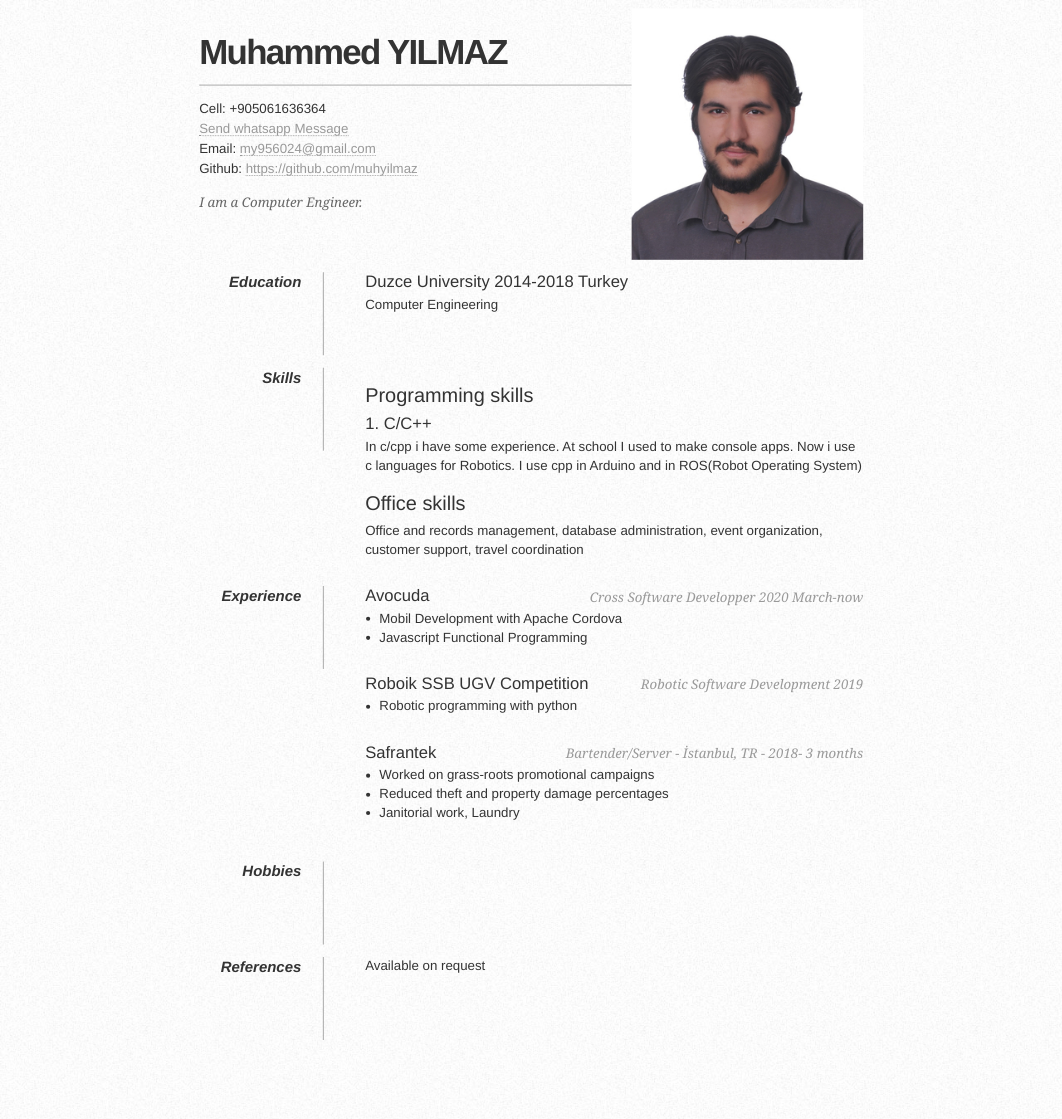
Repository: muhyilmaz/muhyilmaz.github.io
Page: index.html
These files come from the project's save history. The page is drawn as it stood at one moment and after the next save; the edit follows.
The browser window is 1280 px wide. The pictures show the whole page, at 83% of full size.

Above is the page before, as saved 2020-06-08 18:30:26.

### index.html
<!DOCTYPE html PUBLIC "-//W3C//DTD XHTML 1.0 Strict//EN"
"http://www.w3.org/TR/xhtml1/DTD/xhtml1-strict.dtd">

<html xmlns="http://www.w3.org/1999/xhtml" xml:lang="en" lang="en">

<head>

     <meta http-equiv="Content-Type" content="text/html; charset=utf-8"/>
     <meta name="viewport" content="width=device-width, initial-scale=1">
     <link rel="stylesheet" href="https://maxcdn.bootstrapcdn.com/bootstrap/3.4.1/css/bootstrap.min.css">
     <script src="https://ajax.googleapis.com/ajax/libs/jquery/3.5.1/jquery.min.js"></script>
     <script src="https://maxcdn.bootstrapcdn.com/bootstrap/3.4.1/js/bootstrap.min.js"></script>

     <title>MUHAMMED YILMAZ</title>

     <style type="text/css">
        * { margin: 0; padding: 0; }
        body { font: 16px Helvetica, Sans-Serif; line-height: 24px; background: url(images/noise.jpg); }
        .clear { clear: both; }
        #page-wrap { width: 800px; margin: 40px auto 60px; }
        #pic { float: right; margin: -30px 0 0 0; }
        h1 { margin: 0 0 16px 0; padding: 0 0 16px 0; font-size: 42px; font-weight: bold; letter-spacing: -2px; border-bottom: 1px solid #999; }
        h2 { font-size: 20px; margin: 0 0 6px 0; position: relative; }
        h2 span { position: absolute; bottom: 0; right: 0; font-style: italic; font-family: Georgia, Serif; font-size: 16px; color: #999; font-weight: normal; }
        p { margin: 0 0 16px 0; }
        a { color: #999; text-decoration: none; border-bottom: 1px dotted #999; }
        a:hover { border-bottom-style: solid; color: black; }
        ul { margin: 0 0 32px 17px; }
        #objective { width: 500px; float: left; }
        #objective p { font-family: Georgia, Serif; font-style: italic; color: #666; }
        dt { font-style: italic; font-weight: bold; font-size: 18px; text-align: right; padding: 0 26px 0 0; width: 150px; float: left; height: 100px; border-right: 1px solid #999;  }
        dd { width: 600px; float: right; }
        dd.clear { float: none; margin: 0; height: 15px; }
     </style>
</head>

<body>

    <div id="page-wrap">

        <img src="images/profileres.jpg" alt="Photo of Cthulu" id="pic" />

        <div id="contact-info" class="vcard">

            <!-- Microformats! -->

            <h1 class="fn">Muhammed YILMAZ</h1>

            <p>
                Cell: <span class="tel">+905061636364</span><br />
                <a href="https://api.whatsapp.com/send?phone=905061636364">Send whatsapp Message</a><br />
                Email: <a class="email" href="mailto:my956024@gmail.com">my956024@gmail.com</a><br />
                Github: <a href="https://github.com/muhyilmaz">https://github.com/muhyilmaz</a>
            </p>
        </div>

        <div id="objective">
            <p>
                I am a Computer Engineer.
            </p>
        </div>

        <div class="clear"></div>

        <dl>
            <dd class="clear"></dd>

            <dt>Education</dt>
            <dd>
                <h2>Duzce University 2014-2018 Turkey</h2>
                <p> Computer Engineering </br>

				</p>
            </dd>

            <dd class="clear"></dd>

            <dt>Skills</dt>
            <dd>
                <!---
				<h2>Office skills</h2>
                <p>Office and records management, database administration, event organization, customer support, travel coordination</p>

                <h2>Computer skills</h2>
                <p>Microsoft productivity software (Word, Excel, etc), Adobe Creative Suite, Windows</p>
				-->
				<h3>Programming skills</h3>
				<h2>1. C/C++</h2>
                <p>In c/cpp i have some experience. At school I used to make console apps. Now i use c languages for Robotics. I use cpp in Arduino and in ROS(Robot Operating System)</p>
                <!--
                <div class="progress">
                    <div class="progress-bar progress-bar-info" role="progressbar" aria-valuenow="60" aria-valuemin="0" aria-valuemax="100" style="width:60%">
                      60% Complete
                    </div>
                  </div>
				-->
				<h3>Office skills</h3>
                <p>Office and records management, database administration, event organization, customer support, travel coordination</p>
			</dd>

            <dd class="clear"></dd>

            <dt>Experience</dt>
            <dd>
                <h2>Avocuda <span>Cross Software Developper 2020 March-now</span></h2>
                <ul>
                    <li> Mobil Development with Apache Cordova</li>
					<li> Javascript Functional Programming</li>

                </ul>
                <h2>Roboik SSB UGV Competition <span>Robotic Software Development 2019</span></h2>
                <ul>
                    <li>Robotic programming with python</li>

                </ul>
                <h2>Safrantek <span>Bartender/Server - İstanbul, TR - 2018- 3 months</span></h2>
                <ul>
                    <li>Worked on grass-roots promotional campaigns</li>
                    <li>Reduced theft and property damage percentages</li>
                    <li>Janitorial work, Laundry</li>
                </ul>
            </dd>

            <dd class="clear"></dd>

            <dt>Hobbies</dt>
            <dd></dd>

            <dd class="clear"></dd>

            <dt>References</dt>
            <dd>Available on request</dd>

            <dd class="clear"></dd>
        </dl>

        <div class="clear"></div>

    </div>

</body>

</html>

After the next save:
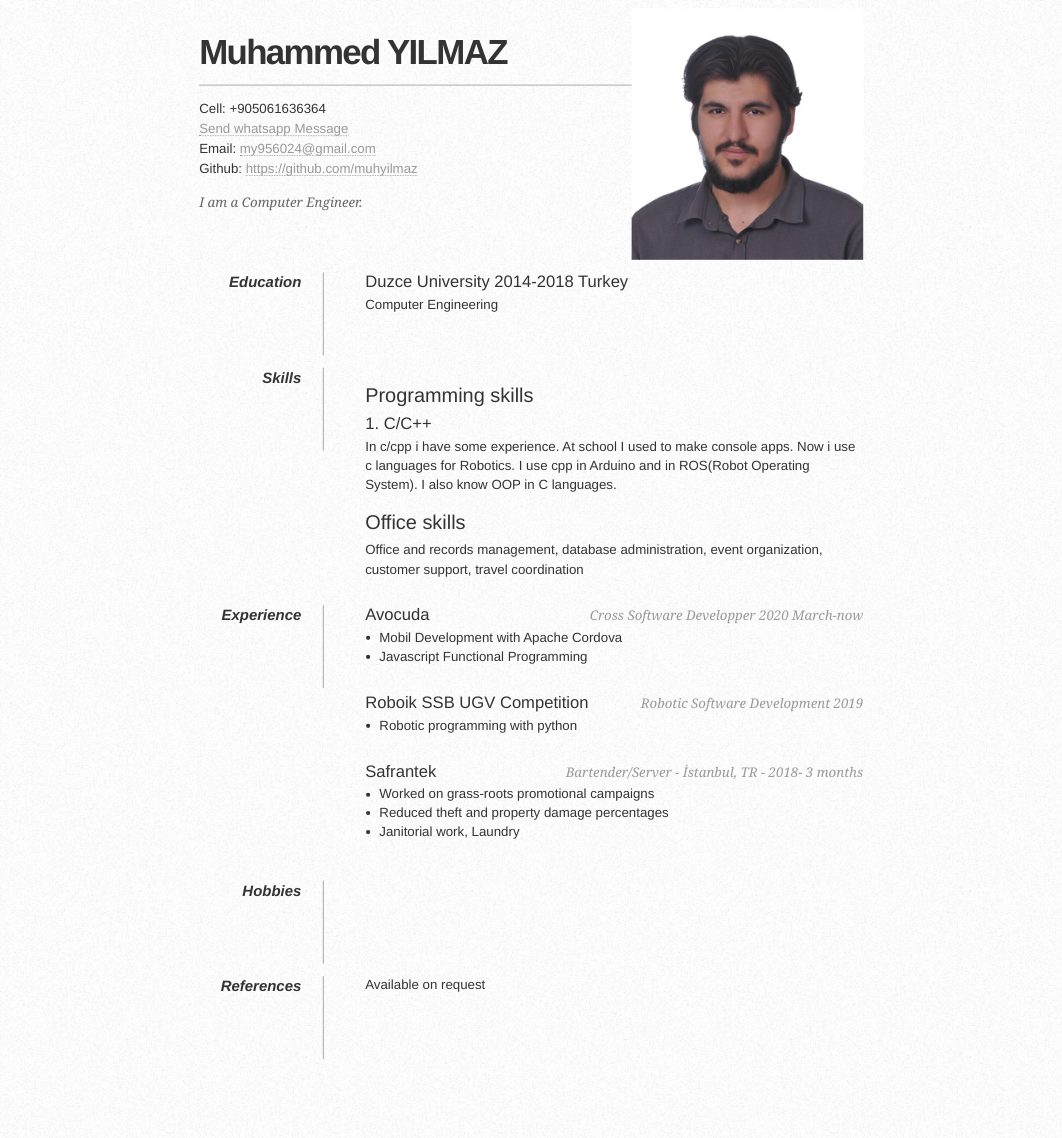
Saved 102 s later.
--- a/index.html
+++ b/index.html
@@ -86,7 +86,7 @@
 				-->
 				<h3>Programming skills</h3>
 				<h2>1. C/C++</h2>
-                <p>In c/cpp i have some experience. At school I used to make console apps. Now i use c languages for Robotics. I use cpp in Arduino and in ROS(Robot Operating System)</p>
+                <p>In c/cpp i have some experience. At school I used to make console apps. Now i use c languages for Robotics. I use cpp in Arduino and in ROS(Robot Operating System). I also know OOP in C languages.</p>
                 <!--
                 <div class="progress">
                     <div class="progress-bar progress-bar-info" role="progressbar" aria-valuenow="60" aria-valuemin="0" aria-valuemax="100" style="width:60%">
